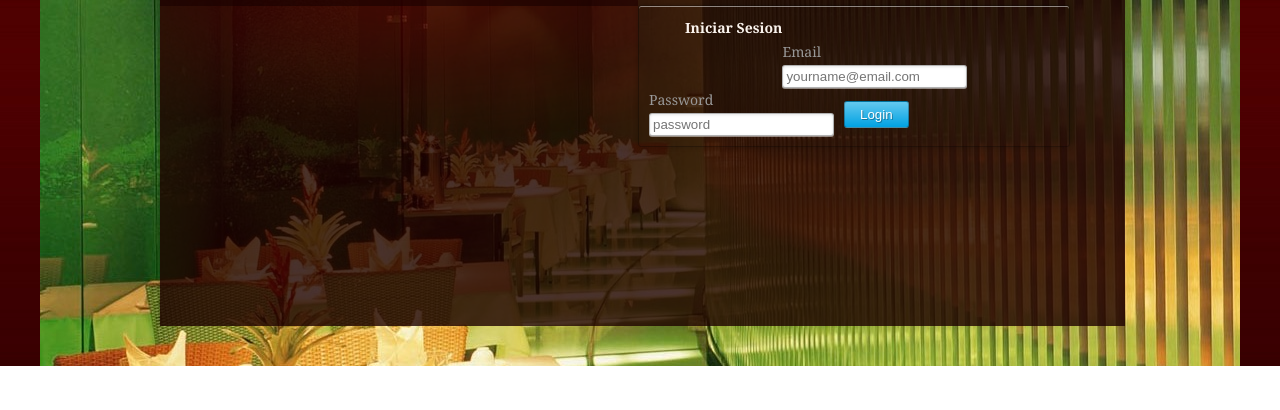
Repository: ProSoft-PDSI/sdsddo
Page: http://localhost/sdsr/LoginRegistro.jsp
The author's editor kept a copy of each file at every save. The page is drawn from the files as they stood at one save, then again after the next save.
The browser window is 1280 px wide. The pictures show the whole page.
The page is served by Tomcat 9.

Above is the page before, as saved 2014-07-20 02:10:16.
Console error: TypeError: Cannot read properties of undefined (reading 'appendTo')

After the next save:
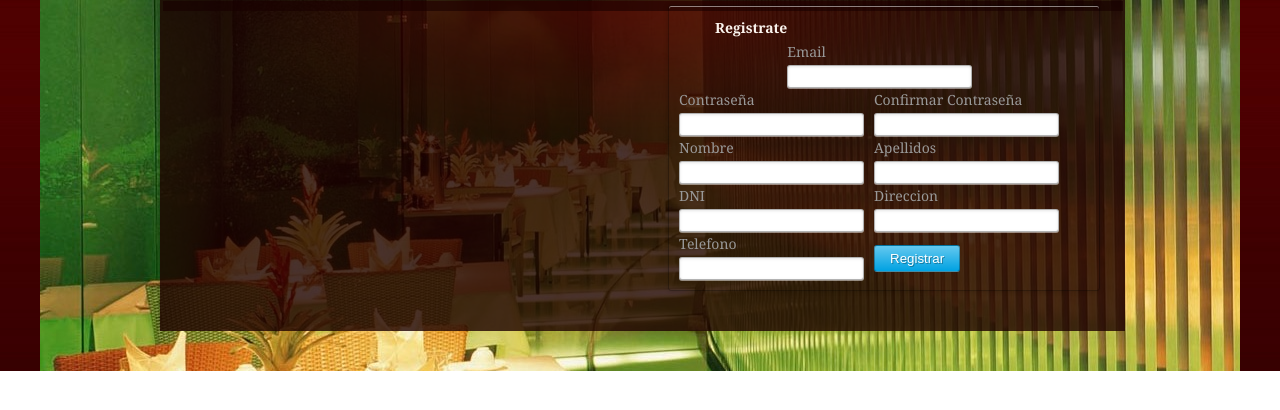
Saved 88 s later.
--- a/Web/sdsr/WebContent/LoginRegistro.jsp
+++ b/Web/sdsr/WebContent/LoginRegistro.jsp
@@ -22,25 +22,6 @@ body {
 			<article id="content">
 				<div class="wrap">
 					<div class="box">
-					<form id="ContactForm">
-						<section class="loginform cf">
-							<form name="login" action="index_submit" method="get" accept-charset="utf-8">
-								<ul>
-								   <h1>Iniciar Sesion </h1>
-									<li>
-										<label for="usermail"><br>Email</label>
-										<input type="email" name="usermail" placeholder="yourname@email.com" required>
-									</li>
-									<li>
-										<label for="password">Password</label>
-										<input type="password" name="password" placeholder="password" required></li>
-									<li>
-										<input type="submit" value="Login">
-									</li>
-								</ul>
-							</form>
-						</section>
-					</form>
 					<div>
 						<form id="ContactForm">
 						<section class="loginform cf">
